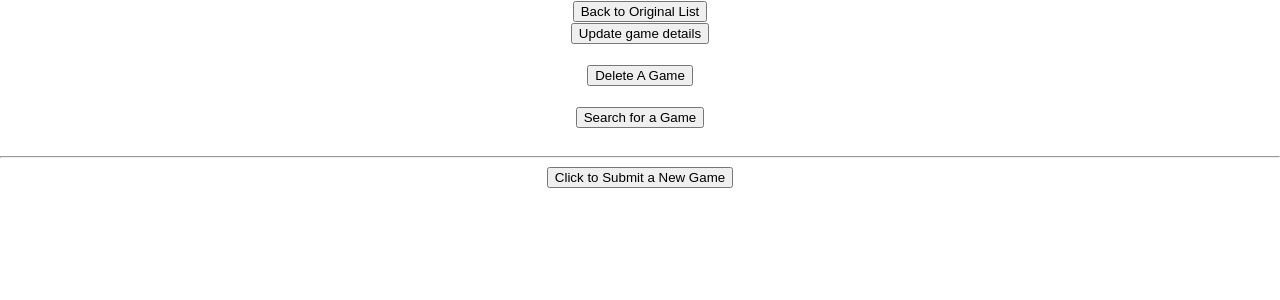
Repository: The-Software-Guild/assessment-2-react-nj10deadend
Page: / (app in Part-2/React-section/frontend/)
The author's editor kept a copy of each file at every save. The page is drawn from the files as they stood at one save, then again after the next save.
The browser window is 1280 px wide. The pictures show the whole page.
The page's requests for data from a server got no answer. The project was rebuilt for these pictures with package versions that can differ from the ones it lists, and the page was loaded fresh each time. No one was signed in, and anything a server would have sent is missing. Also part of the build but not shown: Part-2/React-section/frontend/src/components/GameCards.js.

Above is the page before, as saved 2021-12-19 15:39:06.

### Part-2/React-section/frontend/public/index.html
<!DOCTYPE html>
<html lang="en">
  <head>
    <meta charset="utf-8" />
    <link rel="icon" href="%PUBLIC_URL%/favicon.ico" />
    <meta name="viewport" content="width=device-width, initial-scale=1" />
    <meta name="theme-color" content="#000000" />
    <meta name="viewport" content="initial-scale=1, width=device-width" />
    <meta
      name="description"
      content="Web site created using create-react-app"
    />
    <link rel="apple-touch-icon" href="%PUBLIC_URL%/logo192.png" />
    <!--
      manifest.json provides metadata used when your web app is installed on a
      user's mobile device or desktop. See https://developers.google.com/web/fundamentals/web-app-manifest/
    -->
    <link rel="manifest" href="%PUBLIC_URL%/manifest.json" />
    <!--
      Notice the use of %PUBLIC_URL% in the tags above.
      It will be replaced with the URL of the `public` folder during the build.
      Only files inside the `public` folder can be referenced from the HTML.

      Unlike "/favicon.ico" or "favicon.ico", "%PUBLIC_URL%/favicon.ico" will
      work correctly both with client-side routing and a non-root public URL.
      Learn how to configure a non-root public URL by running `npm run build`.
    -->
    <link
      rel="stylesheet"
      href="https://fonts.googleapis.com/css?family=Roboto:300,400,500,700&display=swap"
    />
    <title>React App</title>
  </head>
  <body>
    <noscript>You need to enable JavaScript to run this app.</noscript>
    <div id="root"></div>
    <!--
      This HTML file is a template.
      If you open it directly in the browser, you will see an empty page.

      You can add webfonts, meta tags, or analytics to this file.
      The build step will place the bundled scripts into the <body> tag.

      To begin the development, run `npm start` or `yarn start`.
      To create a production bundle, use `npm run build` or `yarn build`.
    -->
  </body>
</html>

### Part-2/React-section/frontend/src/index.css
body {
  margin: 0;
  font-family: -apple-system, BlinkMacSystemFont, 'Segoe UI', 'Roboto', 'Oxygen',
    'Ubuntu', 'Cantarell', 'Fira Sans', 'Droid Sans', 'Helvetica Neue',
    sans-serif;
  -webkit-font-smoothing: antialiased;
  -moz-osx-font-smoothing: grayscale;
}

code {
  font-family: source-code-pro, Menlo, Monaco, Consolas, 'Courier New',
    monospace;
}

.imgs {
  height: 250px;
  width: 250px;
}

### Part-2/React-section/frontend/src/App.js
import './App.css';
import Home from './components/Home';
import AddGameForm from './components/AddGameForm';
import GameSearch from './components/GameSearch';
import UpdateGame from './components/UpdateGame';
import DeleteGame from './components/DeleteGame';
import axios from 'axios';
import {useState, useEffect} from 'react';

import {Container} from '@mui/material';
// import Button from '@mui/material/Button';
// import Typography from '@mui/material/Typography';

function App() {

  const [gameData, setGameData] = useState([]);

  function getFetchGameServer () {
    axios.get(`http://localhost:8080/allGames`)
      .then(res => {
        setGameData(res.data)
      })

  }

  useEffect(getFetchGameServer, []);

  return (
    <div className="App">
      <button onClick={getFetchGameServer}>Back to Original List</button>
      <UpdateGame getFetchGameServer={getFetchGameServer}/>
      <br></br>
      <DeleteGame getFetchGameServer={getFetchGameServer} />
      <br></br>
      <GameSearch setGameData={setGameData}/>
      <br></br>
      <hr></hr>
      <AddGameForm setGameData={setGameData}/>

      <Container maxWidth="sm">
        <Home gameData={gameData}/>

      </Container>
      {/* <Typography variant="h3" component="div" gutterBottom>
        Here are some projects that I've made
      </Typography> */}

    </div>

  );
}

export default App;

### Part-2/React-section/frontend/src/components/Home.js
import GameCards from "./GameCards";


function Home ({gameData}) {

    const renderGameData = gameData.map(eachGame => {
        // console.log(eachGame._id);
        return (
            <GameCards key={eachGame._id} eachGame={eachGame} />
        )
    })
    return (
        <div>
            {renderGameData}

        </div>
    )
}

export default Home;

### Part-2/React-section/frontend/src/components/AddGameForm.js
import {useState, useEffect} from 'react';
import axios from 'axios';

function AddGameForm ({setGameData}) {

    const [clicked, setClicked] = useState(false);
    const [submitted, setSubmitted] = useState(false);
    const [name, setName] = useState("");
    const [img, setImg] = useState("");
    const [crossPlatform, setCrossPlatform] = useState(false);
    const [price, setPrice] = useState(0);
    const [genres, setGenres] = useState(["", "", ""]);
    const buttonText = clicked ? "Hide Submission Form" : "Click to Submit a New Game"

    function postRequest() {
        return axios.post('http://localhost:8080/allGames', {
            name: name,
            img: img,
            cross_platform: crossPlatform,
            price: price,
            genres: genres
        })
        .then(function (response) {
            console.log(response);
            return response.data;
        })
        .catch(function (error) {
            console.log(error);
            return null;
        });
    }

    async function onSubmit(event) {
        event.preventDefault();
        setName("");
        setImg("");
        setCrossPlatform("");
        setPrice("");
        setGenres(["", "", ""]);
        const newGame = await postRequest();
        console.log(newGame);
        setGameData((oldInfo)=> {
            console.log(oldInfo)
            return [...oldInfo, newGame]
        })
    }

    return (
        <div>
            <button onClick={() => {setClicked(!clicked)}}>{buttonText}</button>
            {clicked && (
                <form onSubmit={onSubmit}>
                    <div>
                        <label for="name">Name</label>
                        <br></br>
                        <input type="text" name="name" placeholder="Enter name" id="name"
                        value={name} onChange={(event) => {setName(event.target.value)}}/>
                    </div>
                    <div>
                        <label for="img">Image Url</label>
                        <br></br>
                        <input type="text" name="img" placeholder="Enter image URL" id="img"
                        value={img} onChange={(event) => {setImg(event.target.value)}}/>
                    </div>
                    <div>
                        <label for="cross platform">Cross Platform</label>
                        <br></br>
                        <input type="text" name="cross platform" placeholder="Enter true or false" id="cross_platform"
                        value={crossPlatform} onChange={(event) => {setCrossPlatform(event.target.value)}}/>
                    </div>
                    <div>
                        <label for="price">Price</label>
                        <br></br>
                        <input type="text" name="price" placeholder="Enter price of game" id="price"
                        value={price} onChange={(event) => {setPrice(event.target.value)}} />
                    </div>
                    <div>
                        <label for="genres">Genres</label>
                        <br></br>
                        <input type="text" name="genre1" placeholder="Enter first genre category" id="genre1"
                        value={genres[0]} onChange={(event) => {setGenres([event.target.value, genres[1], genres[2]])}}/>
                        <br></br>
                        <input type="text" name="genre2" placeholder="Enter second genre category" id="genre2"
                        value={genres[1]} onChange={(event) => {setGenres([genres[0], event.target.value, genres[2] ])}}/>
                        <br></br>
                        <input type="text" name="genre3" placeholder="Enter third genre category" id="genre3"
                        value={genres[2]} onChange={(event) => {setGenres([genres[0], genres[1], event.target.value])}}/>
                    </div>
                    <input type="submit" value="Submit"/>

                </form>
            )}


        </div>
    )
}

export default AddGameForm;

### Part-2/React-section/frontend/src/components/GameSearch.js
import {useState} from 'react';
import axios from 'axios';

function GameSearch ({setGameData}) {

    const [searchId, setSearchId] = useState("");
    const [clicked, setClicked] = useState(false);

    const searchGameText = clicked ? "Hide Search Form" : "Search for a Game"

    function getFetchOneGame () {
        axios.get(`http://localhost:8080/allGames/${searchId}`)
          .then(res => {
            setGameData([res.data])
        })

    }

    function onSearch(event) {
        event.preventDefault()
        setSearchId("");
        getFetchOneGame();
    }

    return (
        <div>
            <button onClick={() => {setClicked(!clicked)}}>{searchGameText}</button>
            {clicked && (
                <form onSubmit={onSearch}>
                    <input type="text" placeholder="Search for game by id..."
                    onChange={(event) => {setSearchId(event.target.value)}}
                    value = {searchId}
                    />
                    <input type="submit" value="Submit" />
                </form>
            )}
        </div>
    )
}

export default GameSearch;

### Part-2/React-section/frontend/src/components/UpdateGame.js
import {useState} from 'react';
import axios from 'axios';

function UpdateGame ({getFetchGameServer}) {
    const [name, setName] = useState("");
    const [img, setImg] = useState("");
    const [crossPlatform, setCrossPlatform] = useState("");
    const [price, setPrice] = useState("");
    const [genres, setGenres] = useState(["", "", ""]);

    const [clicked, setClicked] = useState(false);
    const [searchId, setSearchId] = useState("");

    const updateButtonText = clicked ? "Hide Update Form" : "Update game details"

    async function patchRequest () {
        await axios.patch(`http://localhost:8080/allGames/update/${searchId}`,  {
            name: name,
            img: img,
            cross_platform: crossPlatform,
            price: price,
            genres: genres
        })
    }

    async function updateChanges (event) {
        event.preventDefault();
        await patchRequest();
        getFetchGameServer();
        setSearchId("");
        setName("");
        setImg("");
        setCrossPlatform("");
        setPrice("");
    }
    return (
        <div>
            <button onClick={() => {setClicked(!clicked)}}>{updateButtonText}</button>
                {clicked && (
                    <div>
                        <form onSubmit={updateChanges}>
                            <div>
                                <h2>Enter Game ID</h2>
                                <label for="game-id">Game ID</label>
                                <br></br>
                                <input name="game-id" type="text" placeholder="Enter Game ID"
                                onChange={(event) => {setSearchId(event.target.value)}}
                                value = {searchId}
                                />
                            </div>
                            <div>
                                <label for="name">Name</label>
                                <br></br>
                                <input type="text" name="name" placeholder="Enter name" id="name"
                                value={name} onChange={(event) => {setName(event.target.value)}}/>
                            </div>
                            <div>
                                <label for="img">Image Url</label>
                                <br></br>
                                <input type="text" name="img" placeholder="Enter image URL" id="img"
                                value={img} onChange={(event) => {setImg(event.target.value)}}/>
                            </div>
                            <div>
                                <label for="cross platform">Cross Platform</label>
                                <br></br>
                                <input type="text" name="cross platform" placeholder="Enter true or false" id="cross_platform"
                                value={crossPlatform} onChange={(event) => {setCrossPlatform(event.target.value)}}/>
                            </div>
                            <div>
                                <label for="price">Price</label>
                                <br></br>
                                <input type="text" name="price" placeholder="Enter price of game" id="price"
                                value={price} onChange={(event) => {setPrice(event.target.value)}} />
                            </div>
                            <div>
                                <label for="genres">Genres</label>
                                <br></br>
                                <input type="text" name="genre1" placeholder="Enter first genre category" id="genre1"
                                value={genres[0]} onChange={(event) => {setGenres([event.target.value, genres[1], genres[2]])}}/>
                                <br></br>
                                <input type="text" name="genre2" placeholder="Enter second genre category" id="genre2"
                                value={genres[1]} onChange={(event) => {setGenres([genres[0], event.target.value, genres[2] ])}}/>
                                <br></br>
                                <input type="text" name="genre3" placeholder="Enter third genre category" id="genre3"
                                value={genres[2]} onChange={(event) => {setGenres([genres[0], genres[1], event.target.value])}}/>
                            </div>
                            <input type="submit" value="Submit Changes"/>

                        </form>
                    </div>
                )}


        </div>
    )
}

export default UpdateGame;

### Part-2/React-section/frontend/src/components/DeleteGame.js
import axios from 'axios';
import {useState} from 'react';

function DeleteGame ({getFetchGameServer}) {

    const [searchId, setSearchId] = useState("");
    const [clicked, setClicked] = useState(false);

    const deleteText = clicked ? "Hide Delete Form" : "Delete A Game"

    async function deleteGame () {
        await axios.delete(`http://localhost:8080/allGames/delete/${searchId}`)
    }

    async function onSubmit (event) {
        event.preventDefault();
        await deleteGame();
        getFetchGameServer();

    }
    return (
        <div>
            <button onClick={() => {setClicked(!clicked)}}>{deleteText}</button>
            {clicked && (
                <form onSubmit={onSubmit}>
                    <div>
                        <input name="game-id" type="text" placeholder="Enter Game ID"
                        onChange={(event) => {setSearchId(event.target.value)}}
                        value = {searchId}
                        />
                    </div>
                    <div>
                        <input type="submit" value="Delete Game"/>
                    </div>
                </form>
            )}

        </div>
    )
}
export default DeleteGame;

Loaded but not shown: Part-2/React-section/frontend/src/index.js (common file); Part-2/React-section/frontend/src/reportWebVitals.js (common file); Part-2/React-section/frontend/src/App.css (common file)

After the next save:
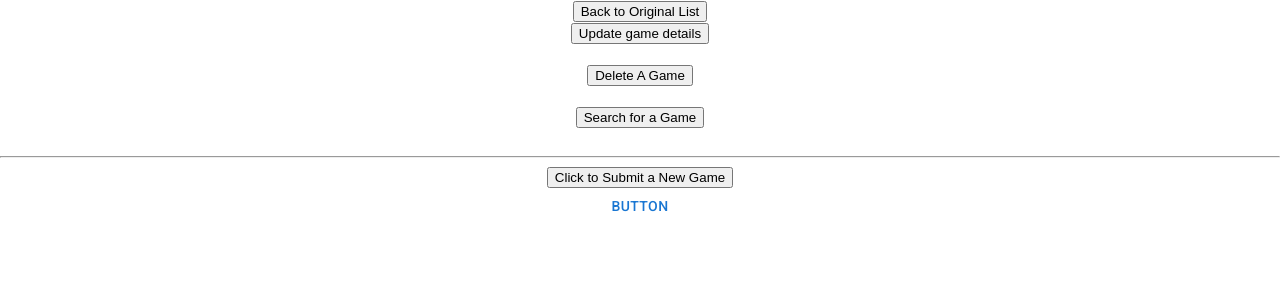
Saved 7 min 3 s later.
--- a/Part-2/React-section/frontend/src/App.js
+++ b/Part-2/React-section/frontend/src/App.js
@@ -7,7 +7,8 @@ import DeleteGame from './components/DeleteGame';
 import axios from 'axios';
 import {useState, useEffect} from 'react';
 
-import {Container} from '@mui/material';
+// import {Container} from '@mui/material';
+import Button from '@mui/material/Button';
 // import Button from '@mui/material/Button';
 // import Typography from '@mui/material/Typography';
 
@@ -37,10 +38,11 @@ function App() {
       <hr></hr>
       <AddGameForm setGameData={setGameData}/>
 
-      <Container maxWidth="sm">
+      {/* <Container maxWidth="sm"> */}
         <Home gameData={gameData}/>
 
-      </Container>
+      {/* </Container> */}
+      <Button>Button</Button>
       {/* <Typography variant="h3" component="div" gutterBottom>
         Here are some projects that I've made
       </Typography> */}
